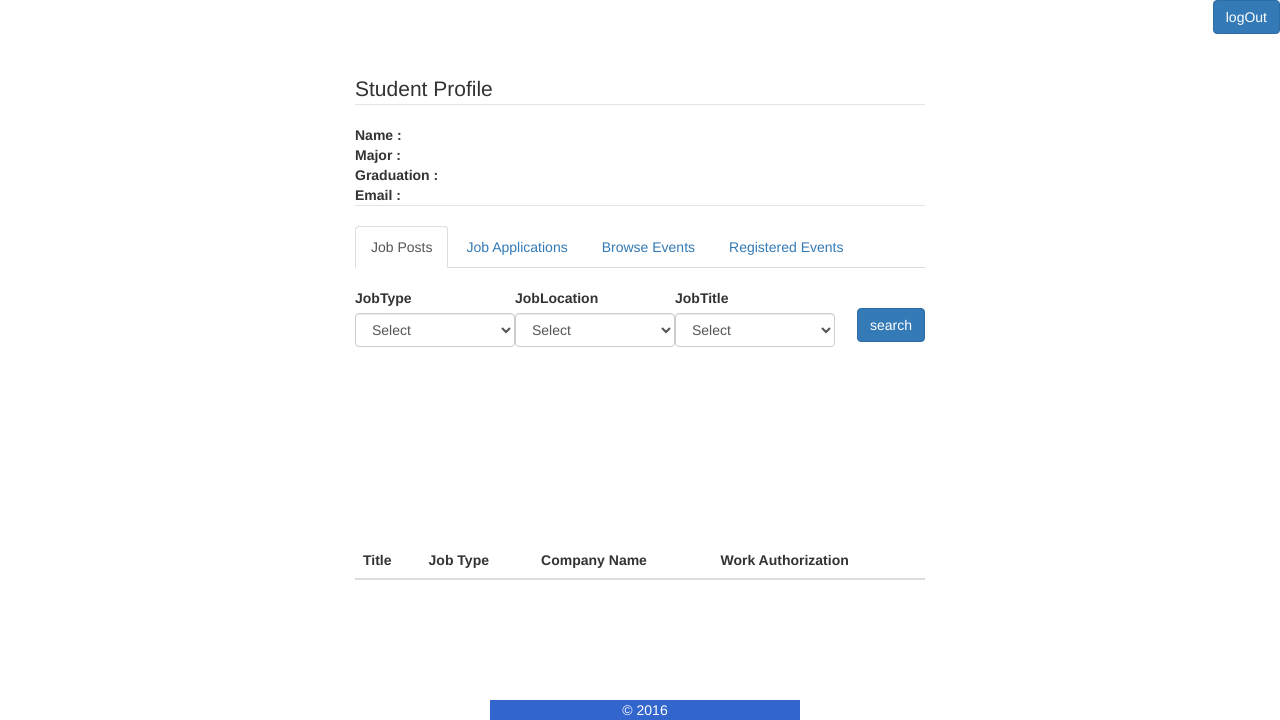
Repository: merlynfrank/AcademicProjects
Page: http://localhost/studenthome
An editor plug-in stored every save of this project. The page is shown before and after the next save, followed by the edit.
The browser window is 1280 px wide. The pictures show the whole page.
The page is this project's Thymeleaf template; nobody is signed in. The template is opened directly, without the code that normally fills it, so the values that code supplies are empty.

Above is the page before, as saved 2018-12-01 19:56:49.

### smith-is-internship/src/main/resources/templates/studenthome.html
<!DOCTYPE html>
<html xmlns:th="http://thymeleaf.org">
<head>
<link th:href="@{/css/bootstrap.min.css}" rel="stylesheet"
	type="text/css"></link>
<link th:href="@{/css/layout.css}" rel="stylesheet" type="text/css"></link>
<script type="text/javascript" th:src="@{/js/jquery-3.1.0.min.js}"></script>
<script type="text/javascript" th:src="@{/js/bootstrap.min.js}"></script>
</head>
<script>
	function retrieveJobs() {
		var url = '/jobsearch';
		var jobType = $("#jobType").val();
		var jobTitle = $("#jobTitle").val();
		var jobLocation = $("#joblocation").val();
		/*  localhost:8080/jobsearch/Select%20one/Select%20one/Select%20one
		 */url = url + '/' + jobType + '/' + jobTitle + '/' + jobLocation;
		alert(url);
		$("#resultsBlock").load(url);
	}
</script>
<style>
.footer {
	position: absolute;
	right: 37.5%;
	left: 50%;
	bottom: 0px;
	width: 100;
	background: #3366cc;
	color: white;
	text-align: center;
	margin-left: -150px
}

.FixedHeightContainer {
	float: right;
	height: 250px;
	padding: 3px;
}

.Content {
	height: 224px;
	overflow: auto;
	background: #fff;
}
</style>
<body>
	<!-- LogOut button -->
	<form th:action="@{/login}" th:object="${loginForm}">
		<div align="right">
			<button id="logOut" name="logOut" class="btn btn-primary">logOut</button>
		</div>
	</form>
	<br />
	<br />
	<div class="container">

		<fieldset>

			<!-- Form Name -->
			<legend>Student Profile</legend>
			<table>
				<tr>
					<th>Name :</th>
					<td><span th:text="${fname}"> ${fname} </span><span
						th:text="${lname}">${lname}</span></td>
				</tr>
				<tr>
					<th>Major :</th>
					<td><span th:text="${major}"> ${major} </span></td>
				</tr>
				<tr>
					<th>Graduation :</th>
					<td><span th:text="${graduation}"> ${graduation} </span></td>
				</tr>
				<tr>
					<th>Email :</th>
					<td><span th:text="${email}"> ${email} </span></td>
				</tr>
			</table>

		</fieldset>


		<script type="text/javascript" th:src="@{/js/jquery-3.1.0.min.js}"></script>
		<script type="text/javascript" th:src="@{/js/bootstrap.min.js}"></script>
	</div>

	<!-- Table for Search jobs and Applied jobs -->
	<div class="container">
		<legend></legend>
	</div>

	<div id="exTab2" class="container">
		<ul class="nav nav-tabs">
			<li class="active"><a href="#1" data-toggle="tab">Job Posts</a>
			</li>
			<li><a href="#2" data-toggle="tab">Job Applications</a></li>
			<li><a href="#3" data-toggle="tab">Browse Events</a></li>
			<li><a href="#4" data-toggle="tab">Registered Events</a></li>
		</ul>

		<div class="tab-content ">
			<div class="tab-pane active" id="1">
				<br />
				<form class="form-horizontal" id="searchForm" name="searchForm">
					<!--  th:action="@{/jobsearch}" th:object="${jobSearchForm}" method="get"-->
					<div class="form-group col-md-4">
						<label for="jobType">JobType</label> <select id="jobType"
							name="jobType" class="form-control">
							<option selected="selected" value="Select">Select</option>
							<option value="Analyst">Analyst</option>
						</select>
					</div>
					<div class="form-group col-md-4">
						<label for="joblocation">JobLocation</label> <select
							id="joblocation" name="joblocation" class="form-control">
							<option selected="selected" value="Select">Select</option>
							<option value="Maryland">Maryland</option>
							<option value="DC">DC</option>
						</select>
					</div>
					<div class="form-group col-md-4">
						<label for="jobTitle">JobTitle</label> <select id="jobTitle"
							name="jobTitle" class="form-control">
							<option selected="selected" value="Select">Select</option>
							<option value="Data Analyst">Data Analyst</option>
							<option value="Business Analyst">Business Analyst</option>
						</select>
					</div>
					<div align="right">
						<br />
						<button id="searchButton" name="searchButton"
							class="btn btn-primary">search</button>
					</div>
					<!-- onclick="retrieveJobs()" -->
				</form>
				<div
					class="form-elegant" style="height: 200px; overflow-y: scroll;"></div><!--FixedHeightContainer Content  -->
				<table class="table table-hover table-striped">
					<thead class="thead-light">
						<tr>
							<th>Title</th>
							<th>Job Type</th>
							<th>Company Name</th>
							<th>Work Authorization</th>
						</tr>
					</thead>
					<div th:each="job :${jobs}">
						<tr>
							<td><span th:text="${job.jobTitle}" /></td>
							<td><span th:text="${job.jobType}" /></td>
							<td><span th:text="${job.companyName}" /></td>
							<td><span th:text="${job.workAuthorization}" /></td>
						</tr>
						<tr>
							<td colspan="4">
								<p>
									Qualification: <span th:text="${job.qualification}" /><br />
									Description : <span th:text="${job.description}" /><br />
									Salary : <span th:text="${job.salary}" /><br /> Expiration
									date : <span th:text="${job.expirationDate}" /><br />
								</p>
							</td>
						</tr>


					</div>
				</table>
			</div>
			<div class="tab-pane" id="2">
				<h3>Notice the gap between the content and tab after applying a
					background color</h3>
			</div>
			<div class="tab-pane" id="3">
				<h3>add clearfix to tab-content (see the css)</h3>
			</div>
			<div class="tab-pane" id="4">
				<h3>add clearfix to tab-content (see the css)</h3>
			</div>
		</div>
	</div>


</body>
<div class="footer">&copy; 2016</div>

</html>

### smith-is-internship/src/main/resources/static/css/layout.css
.container {
    width: 600px;
    margin: auto;
}
.remember-me {
    text-align: center;
}
.btn-login {
    width: 100%;
}

Loaded but not shown: smith-is-internship/src/main/resources/static/css/bootstrap.min.css (library); smith-is-internship/src/main/resources/static/js/jquery-3.1.0.min.js (library); smith-is-internship/src/main/resources/static/js/bootstrap.min.js (library)

After the next save:
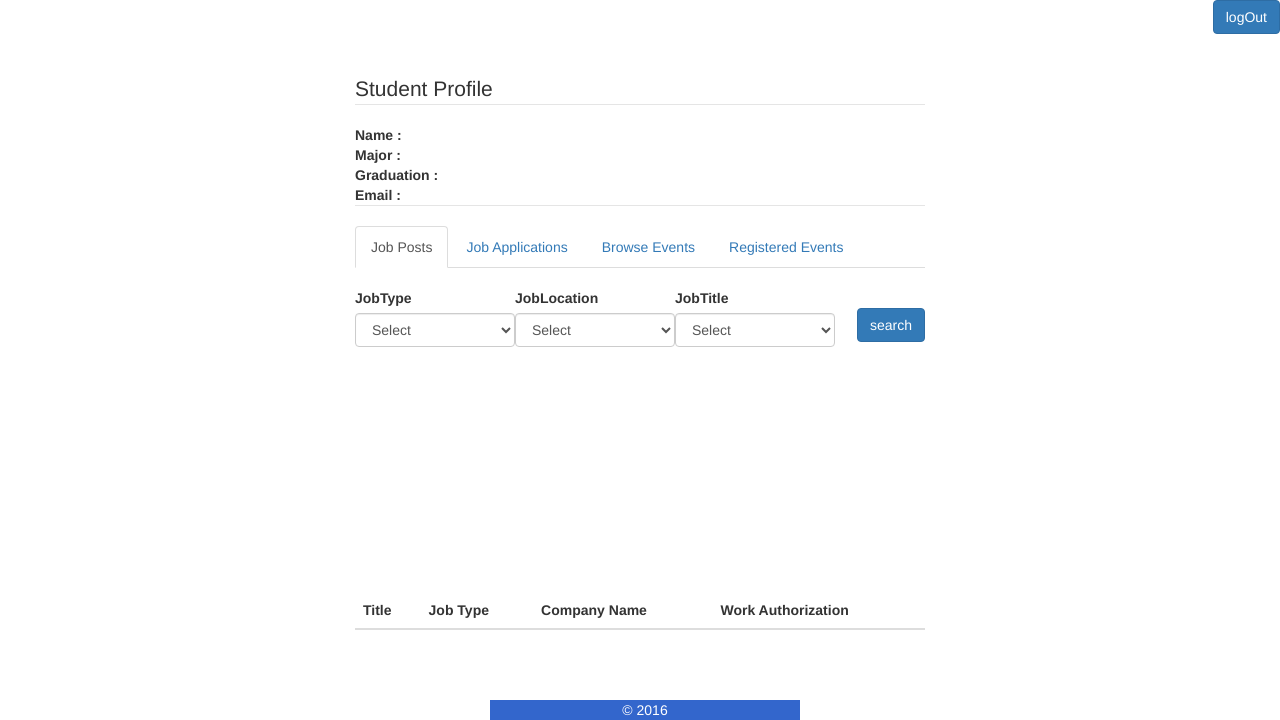
Saved 91 s later.
--- a/smith-is-internship/src/main/resources/templates/studenthome.html
+++ b/smith-is-internship/src/main/resources/templates/studenthome.html
@@ -136,7 +136,7 @@
 					<!-- onclick="retrieveJobs()" -->
 				</form>
 				<div
-					class="form-elegant" style="height: 200px; overflow-y: scroll;"></div><!--FixedHeightContainer Content  -->
+					class="form-elegant" style="height: 250px; overflow-y: scroll;"></div><!--FixedHeightContainer Content  -->
 				<table class="table table-hover table-striped">
 					<thead class="thead-light">
 						<tr>
